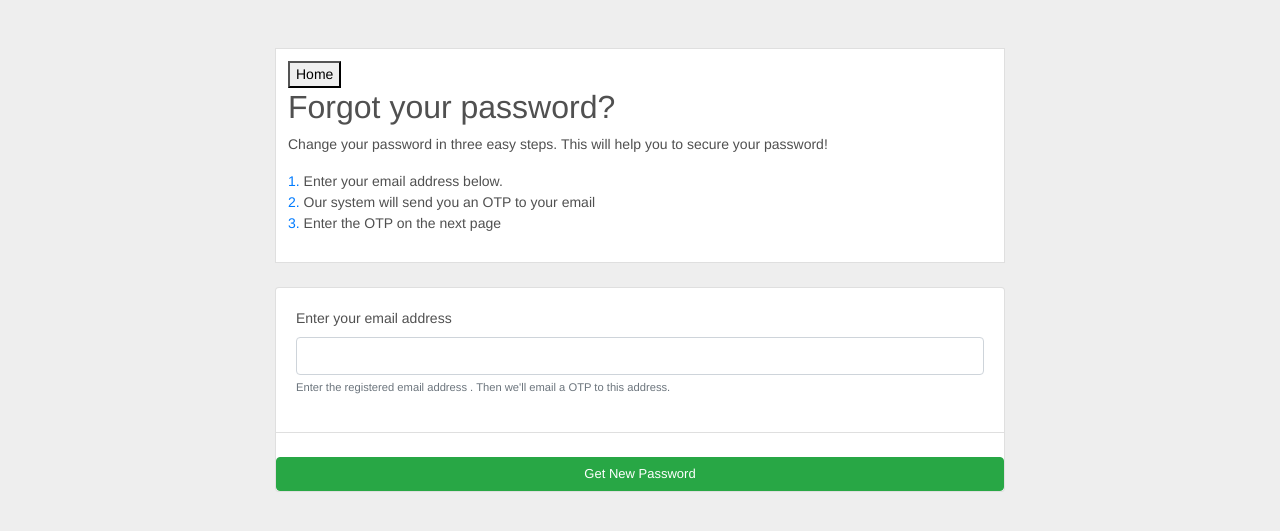
Repository: Hammam0827/maven-jenkins-exercise
Page: http://localhost/devops_project/forgotPassword.jsp
An editor plug-in stored every save of this project. The page is shown before and after the next save, followed by the edit.
The browser window is 1280 px wide. The pictures show the whole page.
Some web libraries are served in a nearby version. The page is served by Tomcat 9. Other server files are loaded and not shown.

Above is the page before, as saved 2022-12-01 10:50:24.

### devops_project/src/main/webapp/forgotPassword.jsp
<!doctype html>
<html>
<head>
<meta charset='utf-8'>
<meta name='viewport' content='width=device-width, initial-scale=1'>
<title>Forgot Password</title>
<link
	href='https://stackpath.bootstrapcdn.com/bootstrap/4.1.1/css/bootstrap.min.css'
	rel='stylesheet'>
<link href='' rel='stylesheet'>
<script type='text/javascript'
	src='https://cdnjs.cloudflare.com/ajax/libs/jquery/3.2.1/jquery.min.js'></script>
<style>
body {
	background-position: center;
	background-color: #eee;
	background-repeat: no-repeat;
	background-size: cover;
	color: #505050;
	font-family: "Rubik", Helvetica, Arial, sans-serif;
	font-size: 14px;
	font-weight: normal;
	line-height: 1.5;
	text-transform: none
}

.forgot {
	background-color: #fff;
	padding: 12px;
	border: 1px solid #dfdfdf
}

.padding-bottom-3x {
	padding-bottom: 72px !important
}

.card-footer {
	background-color: #fff
}

.btn {
	font-size: 13px
}

.form-control:focus {
	color: #495057;
	background-color: #fff;
	border-color: #76b7e9;
	outline: 0;
	box-shadow: 0 0 0 0px #28a745
}
</style>
</head>
<body oncontextmenu='return false' class='snippet-body'>
	<div class="container padding-bottom-3x mb-2 mt-5">
		<div class="row justify-content-center">
			<div class="col-lg-8 col-md-10">
				<div class="forgot">

					<form action="/devops_project/login.jsp" class="inline">
						<button >Home</button>
					</form>
					<h2>Forgot your password?</h2>
					<p>Change your password in three easy steps. This will help you
						to secure your password!</p>
					<ol class="list-unstyled">
						<li><span class="text-primary text-medium">1. </span>Enter
							your email address below.</li>
						<li><span class="text-primary text-medium">2. </span>Our
							system will send you an OTP to your email</li>
						<li><span class="text-primary text-medium">3. </span>Enter
							the OTP on the next page</li>
					</ol>
				</div>
				<form class="card mt-4" action="forgotPassword" method="POST">
					<div class="card-body">
						<div class="form-group">
							<label for="email-for-pass">Enter your email address</label> <input
								class="form-control" type="text" name="email"
								id="email-for-pass" required=""><small
								class="form-text text-muted">Enter the registered email
								address . Then we'll email a OTP to this address.</small>
						</div>
					</div>
					<div class="card-footer">

					</div>
					<button class="btn btn-success" type="submit">Get New
							Password</button>





				</form>
			</div>
		</div>
	</div>
	<script type='text/javascript'
		src='https://stackpath.bootstrapcdn.com/bootstrap/4.1.1/js/bootstrap.bundle.min.js'></script>
	<script type='text/javascript' src=''></script>
	<script type='text/javascript' src=''></script>
	<script type='text/Javascript'></script>
</body>
</html>

After the next save:
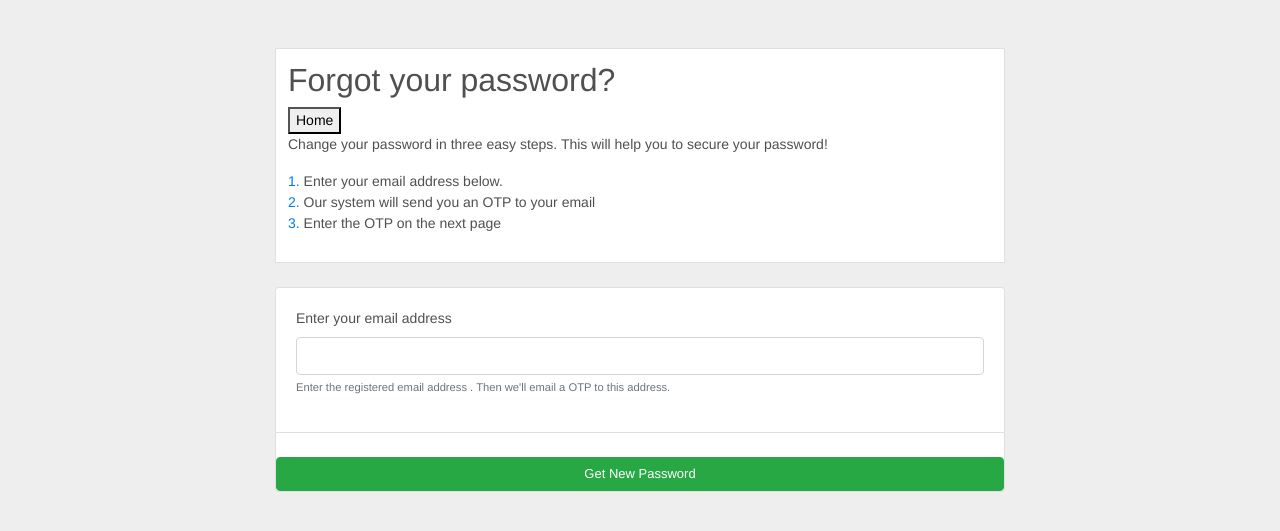
Saved 17 s later.
--- a/devops_project/src/main/webapp/forgotPassword.jsp
+++ b/devops_project/src/main/webapp/forgotPassword.jsp
@@ -57,10 +57,10 @@ body {
 			<div class="col-lg-8 col-md-10">
 				<div class="forgot">
 
-					<form action="/devops_project/login.jsp" class="inline">
+
+					<h2>Forgot your password?</h2> <form action="/devops_project/login.jsp" class="inline">
 						<button >Home</button>
 					</form>
-					<h2>Forgot your password?</h2>
 					<p>Change your password in three easy steps. This will help you
 						to secure your password!</p>
 					<ol class="list-unstyled">
